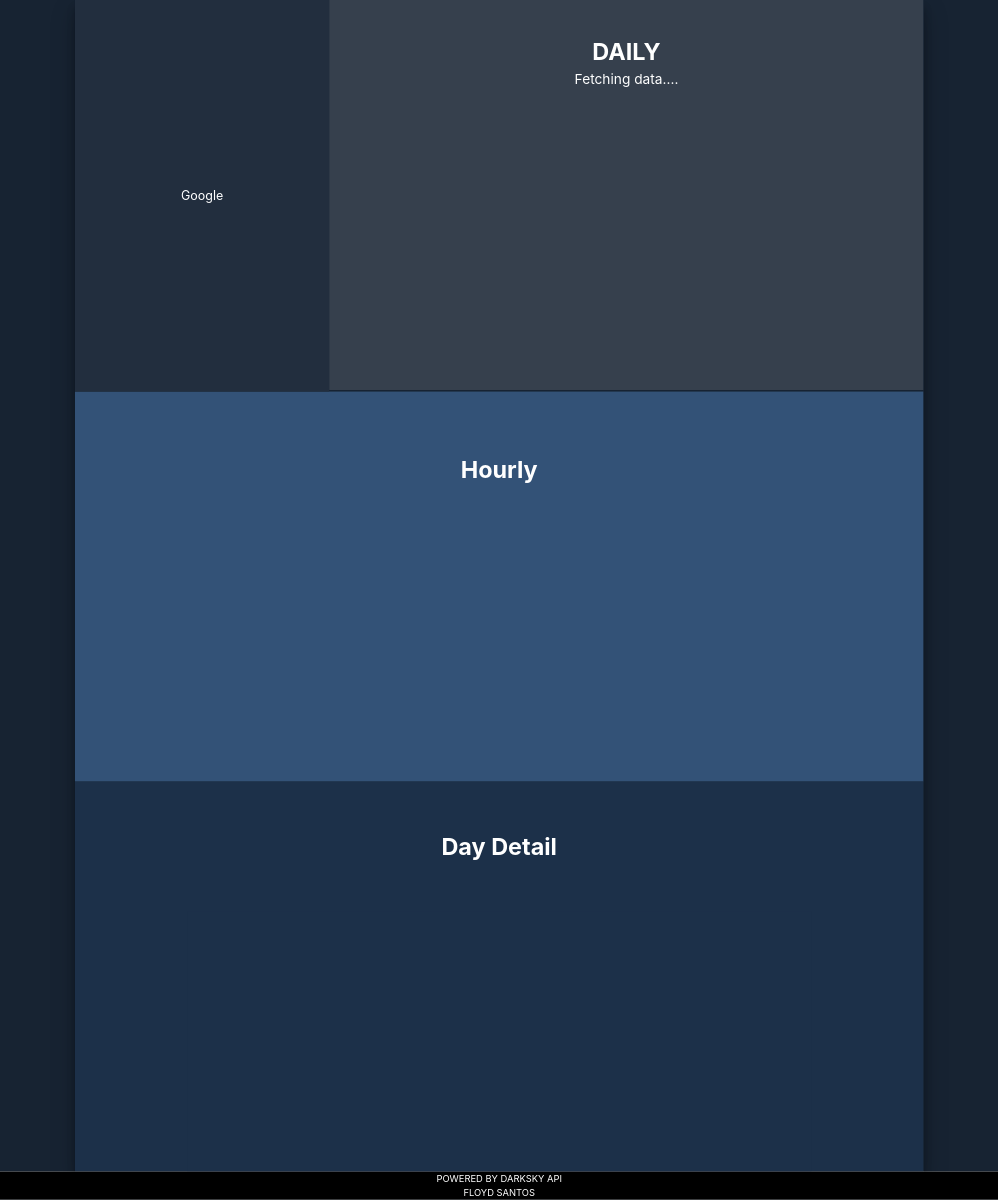
Repository: DOODpls/assignment3_weather
Page: index.html
The author's editor kept a copy of each file at every save. The page is drawn from the files as they stood at one save, then again after the next save.
The browser window is 1280 px wide. The pictures show the whole page, at 78% of full size.
Some web fonts or font styles are not loaded; a fallback is used. Some web libraries are served in a nearby version.

Above is the page before, as saved 2020-01-12 19:45:54.

### index.html
<!DOCTYPE html>
<html lang="en">
    <head>
        <meta charset="UTF-8" />
        <meta name="viewport" content="width=device-width, initial-scale=1.0" />
        <meta http-equiv="X-UA-Compatible" content="ie=edge" />
        <script src="https://ajax.googleapis.com/ajax/libs/jquery/1/jquery.min.js" type="text/javascript"></script>
        <script src="https://ajax.googleapis.com/ajax/libs/jqueryui/1.10.3/jquery-ui.min.js"></script>
        <script src="https://cdnjs.cloudflare.com/ajax/libs/font-awesome/5.11.2/js/all.js"></script>
        <title>The Weathering</title>
        <link rel="shortcut icon" href="./icons/favicon.ico" />
        <link
            rel="stylesheet"
            href="https://cdnjs.cloudflare.com/ajax/libs/bulma/0.7.5/css/bulma.min.css"
            integrity="sha256-vK3UTo/8wHbaUn+dTQD0X6dzidqc5l7gczvH+Bnowwk="
            crossorigin="anonymous"
        />
        <link
            rel="stylesheet"
            href="https://cdnjs.cloudflare.com/ajax/libs/open-iconic/1.1.1/font/css/open-iconic.min.css"
            integrity="sha256-CfN2r6i/dqkUHVRqpBzO3w21SnIWalwGfj5ScBPVzmI="
            crossorigin="anonymous"
        />
        <link rel="stylesheet" href="styles.css" />
        <script src="https://cdn.jsdelivr.net/npm/vue/dist/vue.js"></script>
    </head>
    <body>
        <div class="page">
            <div class="main-container">
                <div class="today-container" id="today-container" v-html="alertPanel">
                  <div class="alerts" id="alerts" v-on:click="opendescription = !opendescription"></div>
                  <form action="" method="post" name="form_citydetails" id="form_citydetails" class="searchform" enctype="multipart/form-data" onsubmit="return false;">
                    <input class="ff_elem city-text" type="text" name="ff_nm_from[]" value="" id="f_elem_city" placeholder="Type City" onkeydown="search(this)"/>
                    </form>
                    <div class="today-stage">
                      <div class="unitswitcher">
                        <div class="celcius" id='cell'>C</div>
                        <br>
                        <p>&nbsp;|&nbsp;</p>
                        <div class="farenheight" id="farr">F</div>
                      </div>
                      <div class="info-holder">
                        <div class="preload"></div>
                        <canvas id="icon0" width="150" height="150"></canvas>
                        <p class="city"></p>
                        <p class="today-temp"></p>
                        <p class="today-description"></p>
                        <p class="today-minmax"></p>
                        <div class="sub-info">
                        <p class="app-temp"></p>
                        <div class="wind-holder">
                          <p class="wind-speed"></p>
                          <div class="wind-direction"></div>
                        </div>
                        <p class="visibility">visib</p>
                        <p class="humidity">humid</p>
                        <p class="uvindex">uvindex</p>
                        <p class="pressure">pressure</p>
                        </div>
                      </div>
                    </div>
                </div>

                <div class="week-container">
                  <p class="daily-title">DAILY</p>
                  <p class="week-summary">Fetching data....</p>
                  <div class="week-stage" id="week-stages">
                  </div>
                </div>
                <div class="hourly-container">
                  <p class="daily-title">Hourly</p>
                  <div class="hourly-row"></div>
                </div>
                <div class="day-details">
                  <div class="titlebar">
                    <p class="daily-title">Day Detail</p>
                    <p class="day-summ"></p>
                  </div>
                  <div class="summary-flex">
                  <div class="melovesomeclouds">
                    <p class="habanero"></p> <!-- have to name it like this bc for some readon uvindex(whatever) wont work  -->
                    <p class="cloud-cover"></p>
                  </div>

                  <div class="sunny">
                    <p class="sunrise"></p>
                    <p class="sunset"></p>
                  </div>

                  <div class="airwater">
                    <p class="humidity2"></p>
                    <p class="dew-point"></p>
                  </div>

                  <div class="wind">
                    <p class="ave-windspeed"></p>
                    <p class="ave-windgust"></p>
                  </div>
                </div>
                </div>
            </div>
        </div>
        <footer class="foooterrr">
          <a href="https://darksky.net/dev">POWERED BY DARKSKY API</a>
          <a href="http://floydsantos.com">FLOYD SANTOS</a>
        </footer>
        <script src="./skycons.js"></script>
        <script src="./app.js"></script>
    </body>
</html>

### app.js

let preload = document.querySelector('.preload')
window.addEventListener('load', function(){
  preload.style.display = 'block'
})

function resetDaily(){
  let delt = document.querySelector('.week-stage') //whenever i get data from api and the weekly needs to be resetted so the loop will generate data again
      delt.innerHTML = ''

  let delthr = document.querySelector('.hourly-row')
      delthr.innerHTML =''
}

var locres;
function locationData(){
navigator.geolocation.getCurrentPosition(function showLocation(position) {
  lat = position.coords.latitude;
  long = position.coords.longitude;
  locres = (lat.toFixed(4)+','+long.toFixed(4)); //////this is where i get the long and lat, locally on machine and limit it to 4 decimals
  locationname()
  render()
  resetDaily()
},function(error){
  if (error.code === error.PERMISSION_DENIED){
    locres = '53.5403912,-113.4960643'; /////if the user refuses to accept location, itll give default data... in Edmonton
    locationname()
    render()
    resetDaily()
  }
})
}


locationData()
function search(ele) {
  if(event.key === 'Enter') {
    var url3 = 'https://api.opencagedata.com/geocode/v1/json?key=3eb2cc6ab0ac4ef986e4c30c2da5e38c&q=' + ele.value + '&pretty=1&no_annotations=1'   //this is where i convert the long,lat to city name, this api has a limit, so please dont abuse it huhuhuhuu
    fetch(url3)
    .then(z => z.json())
    .then(z => {
      if(ele.value == ''){
        alert('No city entered, returning to default city..')
        resetDaily()
        locationData()
      }else{
        locres = (z.results[0].geometry.lat+','+z.results[0].geometry.lng)
      render()
      resetDaily()
      locationname()
      }
    })
    .catch(err3 =>{
      alert("No place entered, Returning to default location")
    })
  }
}


var cel = document.querySelector('.celsius')
var far = document.querySelector('.farenheight')
var unitt = 'units=ca' ////API has configuration of measurements
var windspd1 = "km/H"
var visibb = 'km'
var temppp = '°C'

document.getElementById("cell").onclick = function() { ///// this is where i convert everthing metric and imperial measurements
  unitt = 'units=ca'
    render()
    resetDaily()
    windspd1 = "km/H"
    visibb = 'km'
    temppp = '°C '
  };


far.addEventListener('click', function(){
  unitt = 'units=us'
  render()
  resetDaily()
  windspd1 = "mp/H"
  visibb = 'mi'
  temppp = '°F '
})

var skycons = new Skycons({"color": "white"});
function urlss(){ /////this is where most of the data come from
  proxyUrl = 'https://cors-anywhere.herokuapp.com/';
  url1 = 'https://api.darksky.net/forecast/c34e122a56ae30a3090687878bce72c3/' + locres +'?'+unitt   //i have to use proxy because of CORS
}



function locationname(){
  let cityy = document.querySelector('.city')
  var searchval = document.querySelector('#f_elem_city')
  if (searchval.value.length == 0){
    var url2 = 'https://api.opencagedata.com/geocode/v1/json?key=3eb2cc6ab0ac4ef986e4c30c2da5e38c&q=' + locres + '&pretty=1&no_annotations=1'   //this is where i convert the long,lat to city name
  } else if(searchval.value.length >0){
    var url2 = 'https://api.opencagedata.com/geocode/v1/json?key=3eb2cc6ab0ac4ef986e4c30c2da5e38c&q=' + searchval.value + '&pretty=1&no_annotations=1'
  }

  fetch(url2)
  .then(y => y.json())
  .then(y => {
    cityy.textContent = y.results[0].formatted;
  })
  .catch (err2 => {
    alert('Failed to retrieve location data.')
  })
}


//---------------------------------CURRENT------------------------------------------------//


new Vue({
  el: '#today-container',
  data: {
    alertPanel: '<a href = "https://google.com">Google</a>'
  },
  methods: {

  }
})

function render(){

  let htem = document.querySelector('.today-temp')
  let desc = document.querySelector('.today-description')
  let apptemp = document.querySelector('.app-temp')
  let datenow = document.querySelector('.today-minmax')
  let windir = document.querySelector('.wind-direction')
  let windspd = document.querySelector('.wind-speed')
  let visib = document.querySelector('.visibility')
  let humid = document.querySelector('.humidity')
  let uvind = document.querySelector('.uvindex')
  let press = document.querySelector('.pressure')

  let weeksumm = document.querySelector('.week-summary')
  let dailycont = document.querySelector('.week-day-container')

  // var d = new Date()
  // var d2 = d.getDate()+'/'+(d.getMonth()+1)
  // var datetoday = d2


  urlss()
  fetch(proxyUrl + url1)
  .then(x => x.json())
  .then(x => {


  times = new Date( x.currently.time *1000).toLocaleTimeString("en-US", {timeZone: x.timezone}).replace(/([\d]+:[\d]{2})(:[\d]{2})(.*)/, "$1$3");
  htem.textContent = x.currently.temperature.toFixed(1)+temppp
  apptemp.textContent = 'Feels like:  '+ x.currently.apparentTemperature.toFixed(1)+temppp
  desc.textContent = x.currently.summary
  datenow.textContent = times
  windspd.textContent = 'Wind:  ' + x.currently.windSpeed + windspd1
  windir.style.transform = 'rotate(-'+x.currently.windBearing+'deg)'

  visib.textContent = 'Visibility:  '+ x.currently.visibility.toFixed(2) + visibb
  humid.textContent = 'Humidity:  ' + x.currently.humidity.toFixed(1) * 100+'%'
  uvind.textContent = 'UV Index:  '+ x.currently.uvIndex
  press.textContent = 'Pressure:  '+ x.currently.pressure+' hPa'

  // document.querySelector('#alerts').innerHTML = '<p>' + x.alerts[0].title + '</p>'
  try{
    if(x.alerts[0].severity == "warning"){
      document.querySelector('#alerts').style.backgroundColor = "red"
    }
    document.querySelector('#alerts').innerHTML = '<p>' + x.alerts[0].title + '</p>'
  }catch{

  }

//==========================================WEEKLY=================================================//


  weeksumm.textContent = x.daily.summary
  preload.style.display = 'none'


  skycons.set("icon0", Skycons = x.currently.icon);
  skycons.play();////this is where the icon animation comes from, API default

  for(i=0;i<8;i++){ /////loop based on the data given by the json, starts with 0 ends with 7

    dately = new Date( x.daily.data[i].time *1000)

    var datel = dately.getDate()+'/'+(dately.getMonth()+1)
    var datetoday = datel



    const spann = document.createElement('span')
    spann.className = 'spanini'
    spann.id = 'spanini'
    const divs = document.createElement('div') ////////////i was planning to make the weekly divs clickable so i can change the hourly based on the day that i clicked, but im too dumb so ididnt do it.
    divs.className = ('week-day-container')
    const divsholdr = document.querySelector('.week-stage')
    const canv = document.createElement('canvas')
    canv.id = ('icons'+(i+1))
    canv.height = 120
    canv.width = 100


    divs.appendChild(canv)
    divsholdr.appendChild(spann)
    spann.appendChild(divs)

    const rainn = document.createElement('p')
    rainn.textContent = 'Rain: ' + x.daily.data[i].precipProbability.toFixed(1)* 100 +'%'
    divs.appendChild(rainn)

    const dates = document.createElement('p')
    dates.className = 'date-now'
    dates.textContent = datetoday
    divs.appendChild(dates)

    const br = document.createElement('br')
    divs.appendChild(br)

    const temph = document.createElement('p')
    temph.textContent = 'High: '+ x.daily.data[i].temperatureHigh + temppp
    divs.appendChild(temph)

    const tempL = document.createElement('p')
    tempL.textContent = 'Low: ' + x.daily.data[i].temperatureLow + temppp
    divs.appendChild(tempL)

    const summ = document.createElement('p')
    summ.textContent = x.daily.data[i].summary
    summ.style.textAlign ='center'
    summ.style.fontWeight='bold'
    divs.appendChild(summ)
  }
  for(y=0;y<8;y++){
    skycons.set('icons'+(y+1), Skycons = x.daily.data[y].icon) //////seperate loop for icons
  }



//--------------------------------------------HOURLY-------------------------------------------------//

  for(p=0; p<20;p++){/////////////the limit is 20, i tried to put 40 but it wont load

    golden = x.hourly.data[p].time

    /////////////////////this is where i convert unix time to AP/PM
    times = new Date( golden *1000).toLocaleTimeString("en-US", {timeZone: x.timezone}).replace(/([\d]+:[\d]{2})(:[\d]{2})(.*)/, "$1$3");
    const hourlyDivs = document.createElement('div')
    hourlyDivs.className = ('hourly-cards')
    const hourlyHolder = document.querySelector('.hourly-row')
    hourlyHolder.appendChild(hourlyDivs)

    const canv2 = document.createElement('canvas')
    canv2.id = ('icons'+(p+9))
    canv2.height = 120
    canv2.width = 100
    hourlyDivs.appendChild(canv2)

    const tempp = document.createElement('P')
    tempp.textContent = x.hourly.data[p].temperature + temppp
    hourlyDivs.appendChild(tempp)

    const hrsumm = document.createElement('p')
    hrsumm.textContent = x.hourly.data[p].summary
    hrsumm.style.textAlign = 'center'
    hourlyDivs.appendChild(hrsumm)

    const br = document.createElement('br')
    hourlyDivs.appendChild(br)

    const hrlyrain = document.createElement('p')
    hrlyrain.textContent ='Rain: ' + x.hourly.data[p].precipProbability.toFixed(1) * 100+'%'
    hourlyDivs.appendChild(hrlyrain)

    const windspeedcont = document.createElement('div')
    windspeedcont.className = 'loopwind'
    hourlyDivs.appendChild(windspeedcont)

    const rotatearrow = document.createElement('div')
    rotatearrow.className = 'arrow-rotator'
    rotatearrow.style.transform = 'rotate(-'+x.hourly.data[p].windBearing+'deg)'
    windspeedcont.appendChild(rotatearrow)

    const windsp = document.createElement('p')
    windsp.textContent = x.hourly.data[p].windSpeed+windspd1
    windspeedcont.appendChild(windsp)

    const hrlytime = document.createElement('p')
    hrlytime.textContent = times
    hourlyDivs.appendChild(hrlytime)
  }

  for(u=0;u<20;u++){
    skycons.set('icons'+(u+9), Skycons = x.hourly.data[u].icon) ////// i have to seperate the loop for the icons..
  }

  //////////////////-------------------daily detail--------------------///////////////////////
  /////convertin time again to AM/PM
  sunriseee = new Date( x.daily.data[0].sunriseTime *1000).toLocaleTimeString("en-US", {timeZone: x.timezone}).replace(/([\d]+:[\d]{2})(:[\d]{2})(.*)/, "$1$3");
  sunseteee = new Date( x.daily.data[0].sunsetTime *1000).toLocaleTimeString("en-US", {timeZone: x.timezone}).replace(/([\d]+:[\d]{2})(:[\d]{2})(.*)/, "$1$3");
  getelement()
  daysumm.textContent = "Summary: " + x.daily.data[0].summary
  cloudcov.textContent = "Cloud Cover: " + x.daily.data[0].cloudCover.toFixed(1) *100+'%'
  sunris.textContent = "Sunrise: " + sunriseee
  sunset.textContent = "Sunset: " + sunseteee
  humidt.textContent = "Humidity: " + x.daily.data[0].humidity.toFixed(1) * 100+'%'
  dewpt.textContent = "Dew Point: " + x.daily.data[0].dewPoint+temppp
  avewinds.textContent = "Wind Speed: " + x.daily.data[0].windSpeed+windspd1
  avewindg.textContent = "Wind Gust: " + x.daily.data[0].windGust+windspd1
  habaneror.textContent = "UV Index: " + x.daily.data[0].uvIndex
  })
  .catch( err => {
    alert('Failed to retireve data')
  })

}

function getelement(){
  daysumm = document.querySelector('.day-summ')
  cloudcov = document.querySelector('.cloud-cover')
  sunris = document.querySelector('.sunrise')
  sunset = document.querySelector('.sunset')
  humidt = document.querySelector('.humidity2')
  dewpt = document.querySelector('.dew-point')
  avewinds = document.querySelector('.ave-windspeed')
  avewindg = document.querySelector('.ave-windgust')
  habaneror = document.querySelector('.habanero') //uvindex(whatever) wont work idk why
}


// __________________________      Auto Complete     _________________________________________________

jQuery(function () {
  jQuery("#f_elem_city").autocomplete({
  source: function (request, response) {
    jQuery.getJSON(
      'https://api.opencagedata.com/geocode/v1/json?key=3eb2cc6ab0ac4ef986e4c30c2da5e38c&q=' + request.term + '&pretty=1&no_annotations=1',
    function (data) {
      arrr = Array();
      var reslength = data.results.length;
      for (i = 0; i < reslength; i++){
        arrr[i] = data.results[i].formatted
      }
      response(arrr);
    }
    );
  },
  minLength: 3
  });
});


$( "#searchbutton" ).click(function() {
  $('.city-text').addClass('city-text-appear');
});

$(window).resize(function(){
  if ($('body').width() > 500 ){
    $('.city-text').removeClass('city-text-appear');
  }
});

Loaded but not shown: skycons.js (726 lines, source omitted); styles.css (457 lines, source omitted)

After the next save:
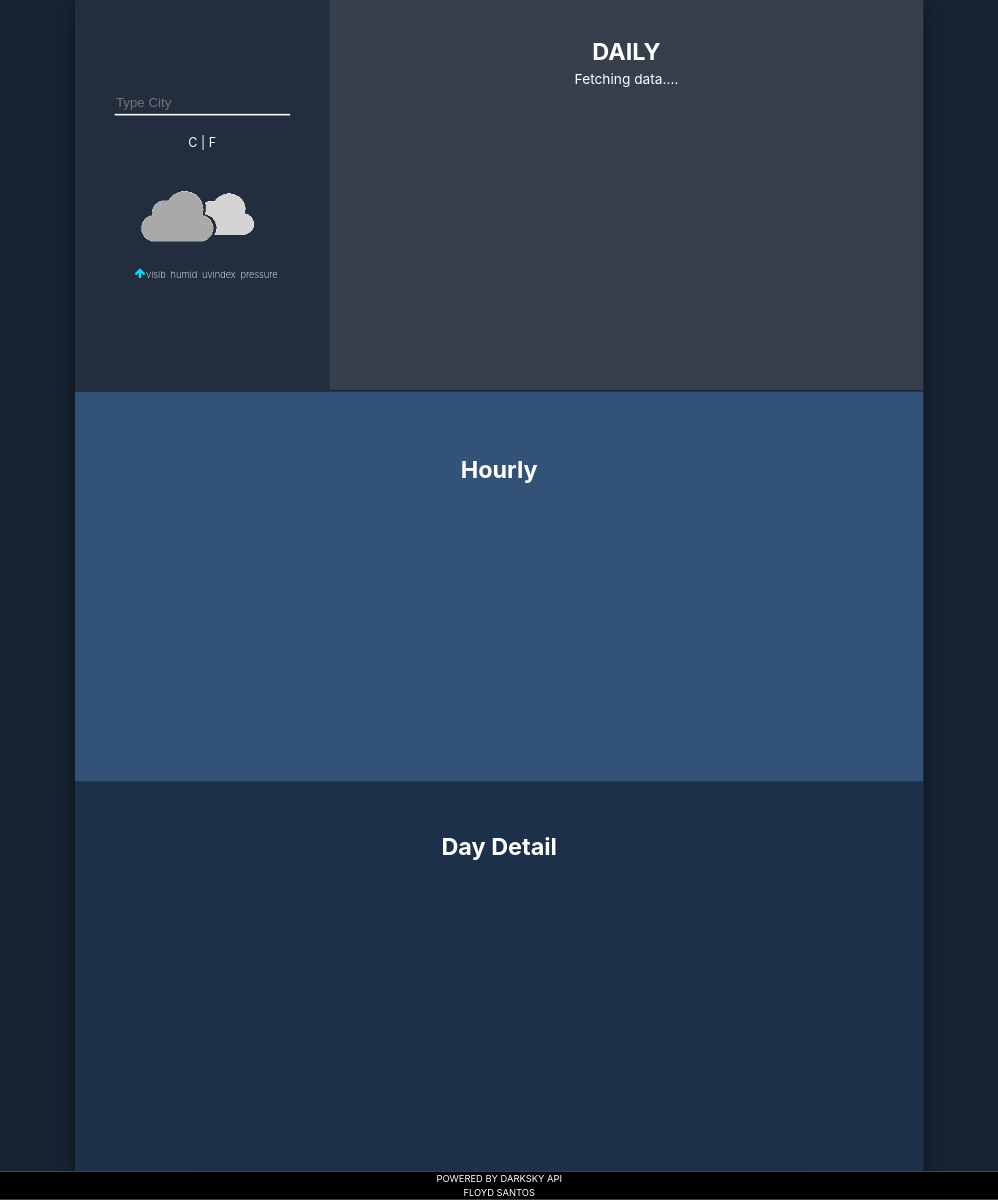
Saved 23 s later.
--- a/app.js
+++ b/app.js
@@ -114,15 +114,15 @@
 //---------------------------------CURRENT------------------------------------------------//
 
 
-new Vue({
-  el: '#today-container',
-  data: {
-    alertPanel: '<a href = "https://google.com">Google</a>'
-  },
-  methods: {
-
-  }
-})
+// new Vue({
+//   el: '#today-container',
+//   data: {
+//     alertPanel: '<a href = "https://google.com">Google</a>'
+//   },
+//   methods: {
+
+//   }
+// })
 
 function render(){
 

After the save that followed:
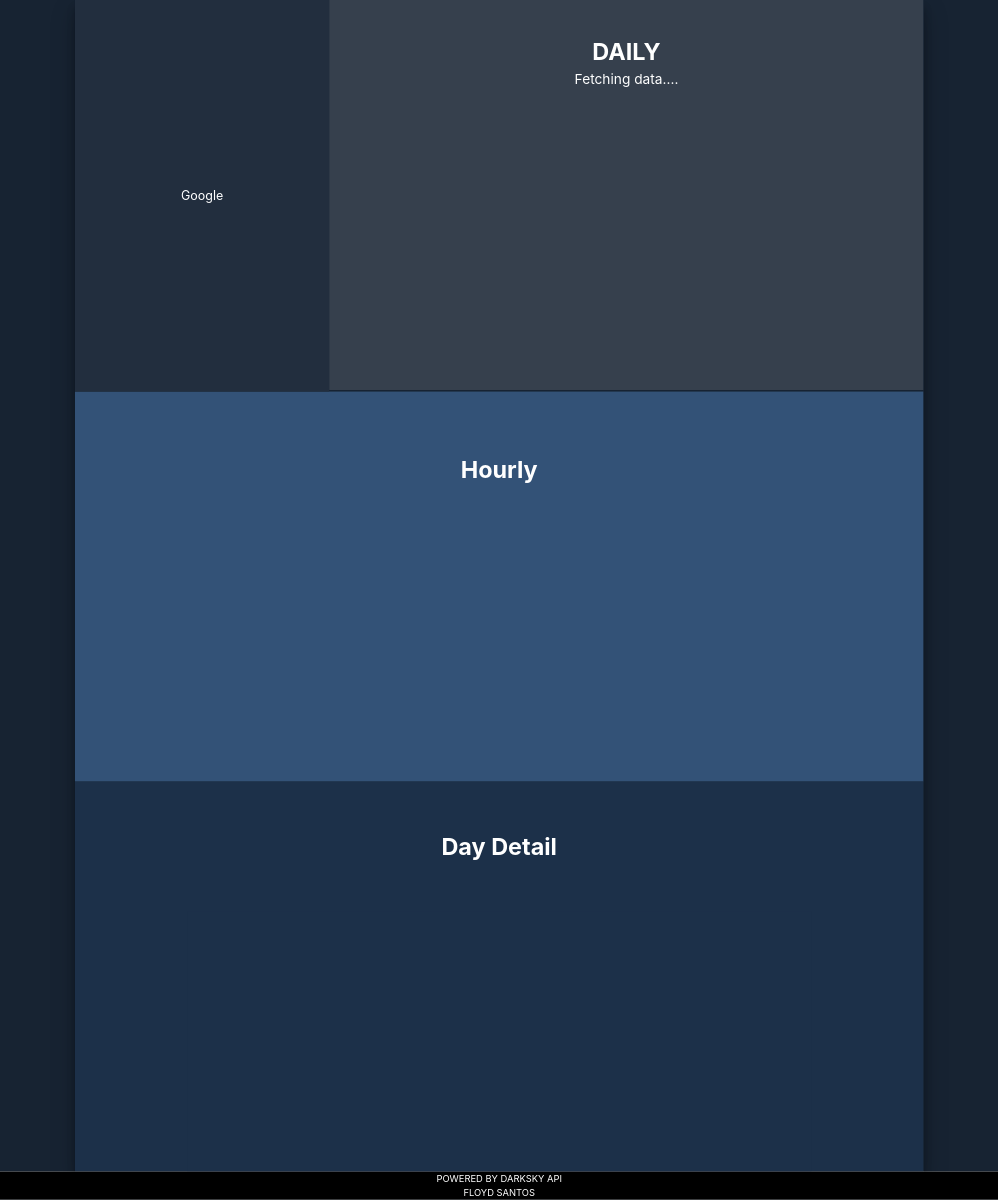
Saved 5 s later.
--- a/app.js
+++ b/app.js
@@ -114,15 +114,15 @@
 //---------------------------------CURRENT------------------------------------------------//
 
 
-// new Vue({
-//   el: '#today-container',
-//   data: {
-//     alertPanel: '<a href = "https://google.com">Google</a>'
-//   },
-//   methods: {
-
-//   }
-// })
+new Vue({
+  el: '#today-container',
+  data: {
+    alertPanel: '<a href = "https://google.com">Google</a>'
+  },
+  methods: {
+
+  }
+})
 
 function render(){
 
